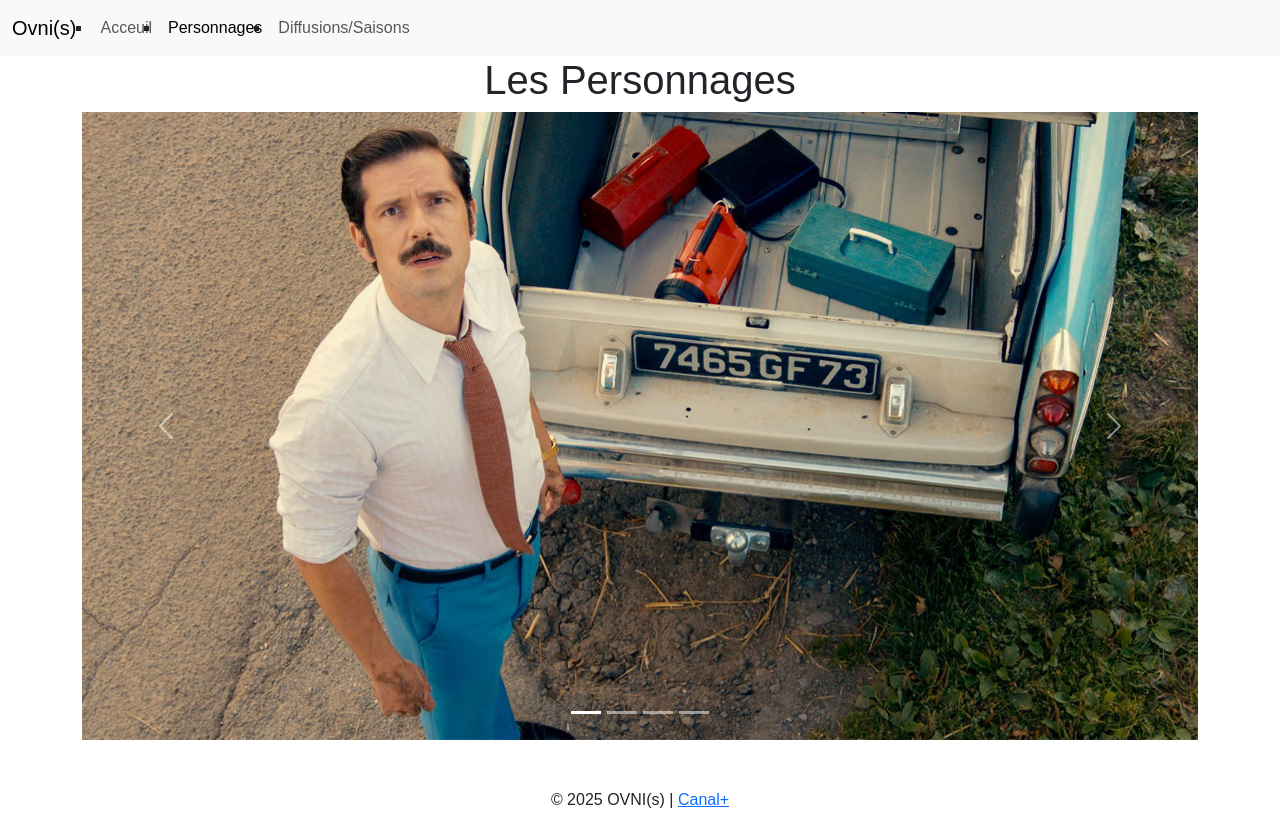
Repository: Timazoy/Site_ovni_tp
Page: perso.html
These files come from the project's save history. The page is drawn as it stood at one moment and after the next save; the edit follows.
The browser window is 1280 px wide. The pictures show the whole page.
Some web fonts or font styles are not loaded; a fallback is used.

Above is the page before, as saved 2025-12-16 14:09:47.

After the next save:
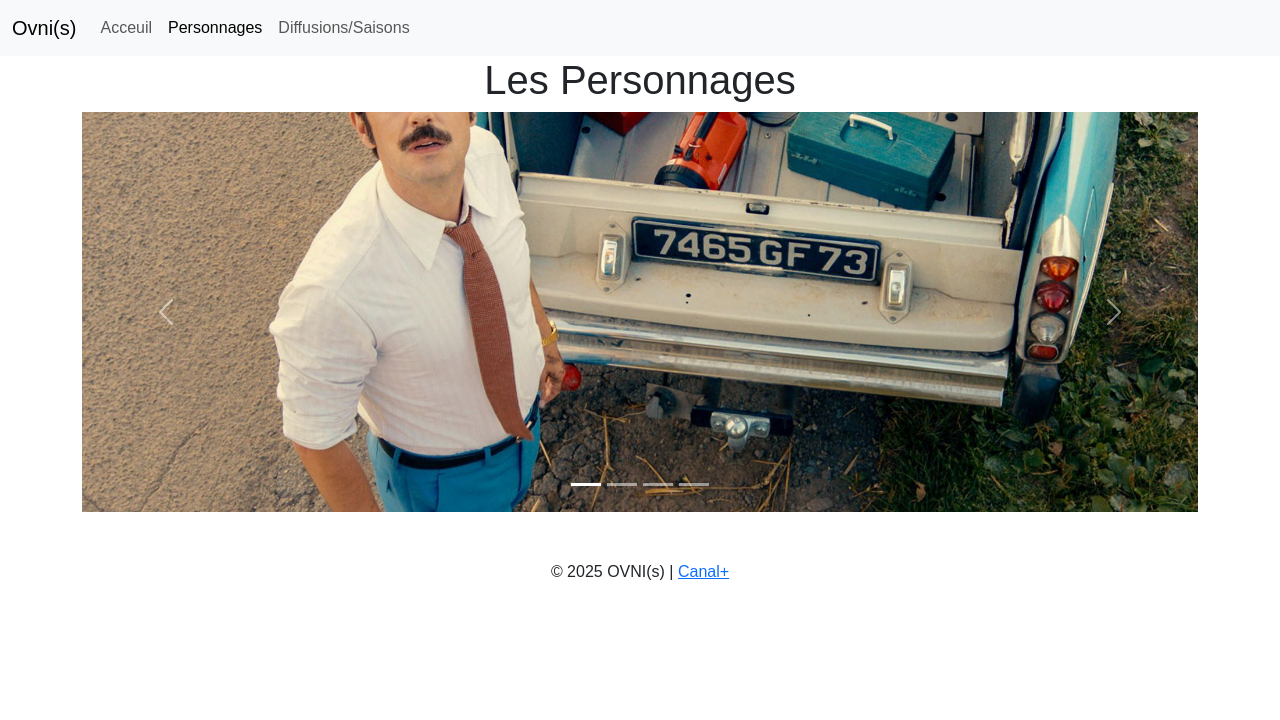
Saved 113 s later.
--- a/styles.css
+++ b/styles.css
@@ -8,6 +8,19 @@
   font-style: normal;
 }
 
-li {
+.square-list {
   list-style:square ;
 }
+
+.lien-externes {
+  text-decoration: underline;
+  color: #000000;
+  border: 1px solid transparent;
+}
+
+/* Carousel: forcer les images à une même taille */
+.carousel-item img {
+  width: 100%;
+  height: 400px;
+  object-fit: cover;
+}
